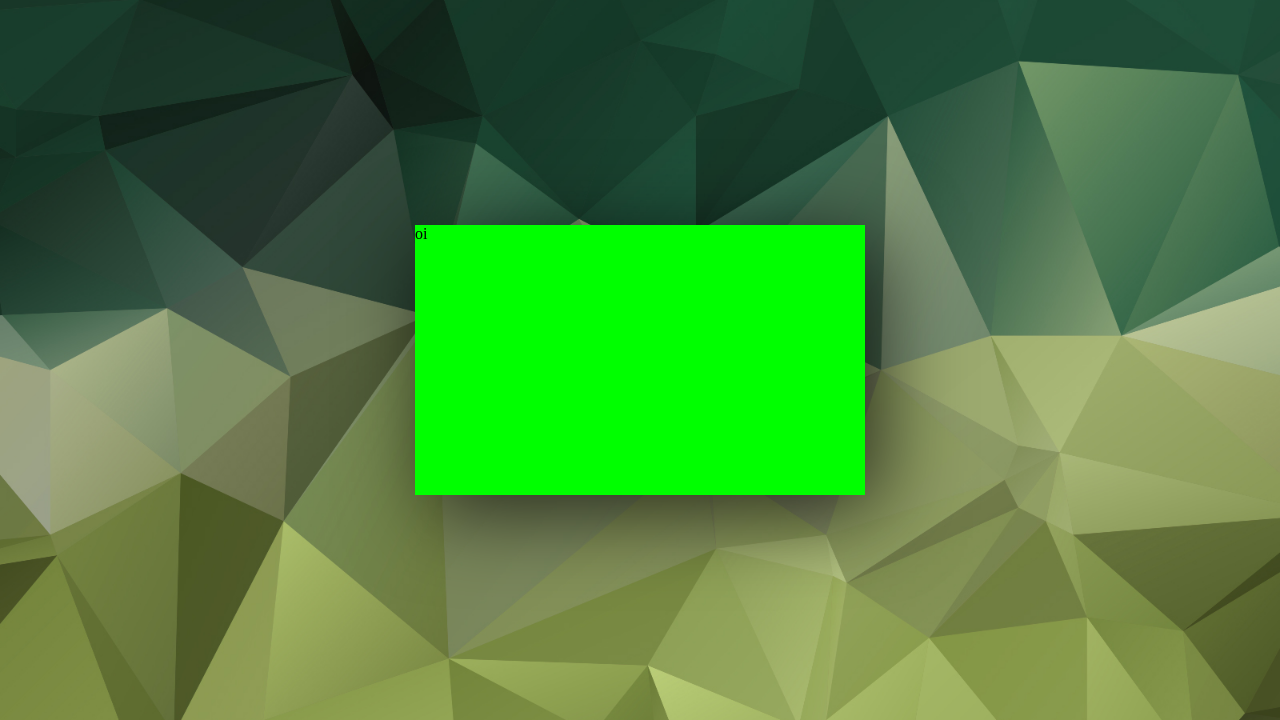
Repository: milena-rosa/web-prescription-notifier
Page: /
These files come from the project's save history. The page is drawn as it stood at one moment and after the next save; the edit follows.
The browser window is 1280 px wide. The pictures show the whole page.
The project was rebuilt for these pictures with package versions that can differ from the ones it lists, and the page was loaded fresh each time. Also part of the build but not shown: src/pages/Home/styles.ts, src/pages/Home/index.tsx.

Above is the page before, as saved 2021-11-06 22:23:50.

### public/index.html
<!DOCTYPE html>
<html lang="en">

<head>
  <meta charset="utf-8" />
  <link rel="preconnect" href="https://fonts.googleapis.com">
  <link rel="preconnect" href="https://fonts.gstatic.com" crossorigin>
  <link href="https://fonts.googleapis.com/css2?family=Roboto:wght@400;700&display=swap" rel="stylesheet">
  <!-- <link rel="icon" href="%PUBLIC_URL%/favicon.ico" /> -->
  <meta name="viewport" content="width=device-width, initial-scale=1" />
  <meta name="theme-color" content="#000000" />
  <title>Cadastro de Notificadores de Receituários</title>
</head>

<body>
  <noscript>You need to enable JavaScript to run this app.</noscript>
  <div id="root"></div>
</body>

</html>

### src/index.tsx
import React from 'react'
import ReactDOM from 'react-dom'

import { App } from './App'

ReactDOM.render(
  <React.StrictMode>
    <App />
  </React.StrictMode>,
  document.getElementById('root')
)

### src/App.tsx
import React from 'react'
import { BrowserRouter as Router } from 'react-router-dom'

import { Routes } from './routes'
export function App() {
  return (
    <Router>
      <Routes />
    </Router>
  )
}

### src/routes/index.tsx
import React from 'react'
import { Switch } from 'react-router-dom'

import { Home } from '../pages/Home'
import { SignIn } from '../pages/SignIn'
import { Route } from './Route'

// import { useAuth } from '../hooks/useAuth'

export function Routes() {
  // const { loading } = useAuth()

  // if (loading) {
  //   return <h1>Abrindo...</h1>
  // }

  return (
    <Switch>
      <Route path="/" exact component={SignIn} />
      <Route path="/home" exact component={Home} isPrivate />
    </Switch>
  )
}

### src/pages/SignIn/index.tsx
import React from 'react'

import { Container } from './styles'

export const SignIn: React.FC = () => {
  return (
    <Container>
      <div>oi</div>
    </Container>
  )
}

### src/routes/Route.tsx
import React, { ComponentType } from 'react'
import { RouteProps as ReactDOMRouteProps, Route as ReactDOMRoute, Redirect } from 'react-router-dom'

interface IRouteProps extends ReactDOMRouteProps {
  isPrivate?: boolean
  component: ComponentType
}

export function Route({ isPrivate = false, component: Component, ...rest }: IRouteProps) {
  const isSigned = false

  return (
    <ReactDOMRoute
      {...rest}
      render={({ location }) =>
        (isPrivate && isSigned) || (!isPrivate && !isSigned) ? (
          <Component />
        ) : (
          <Redirect
            to={{
              pathname: isPrivate ? '/' : '/home',
              state: { from: location }
            }}
          />
        )
      }
    />
  )
}

### src/pages/SignIn/styles.ts
import styled from 'styled-components'
import backgroundImg from '../../assets/background.png'

export const Container = styled.div`
  align-items: center;
  background: url(${backgroundImg}) no-repeat center center fixed;
  background-size: cover;
  bottom: 0;
  display: flex;
  justify-content: center;
  left: 0;
  position: fixed;
  right: 0;
  top: 0;
  z-index: 11;

  > div {
    background: lime;
    filter: drop-shadow(15px 15px 42px rgba(0, 0, 0, 0.7));
    height: 16.875rem;
    width: 28.125rem;
  }
`

After the next save:
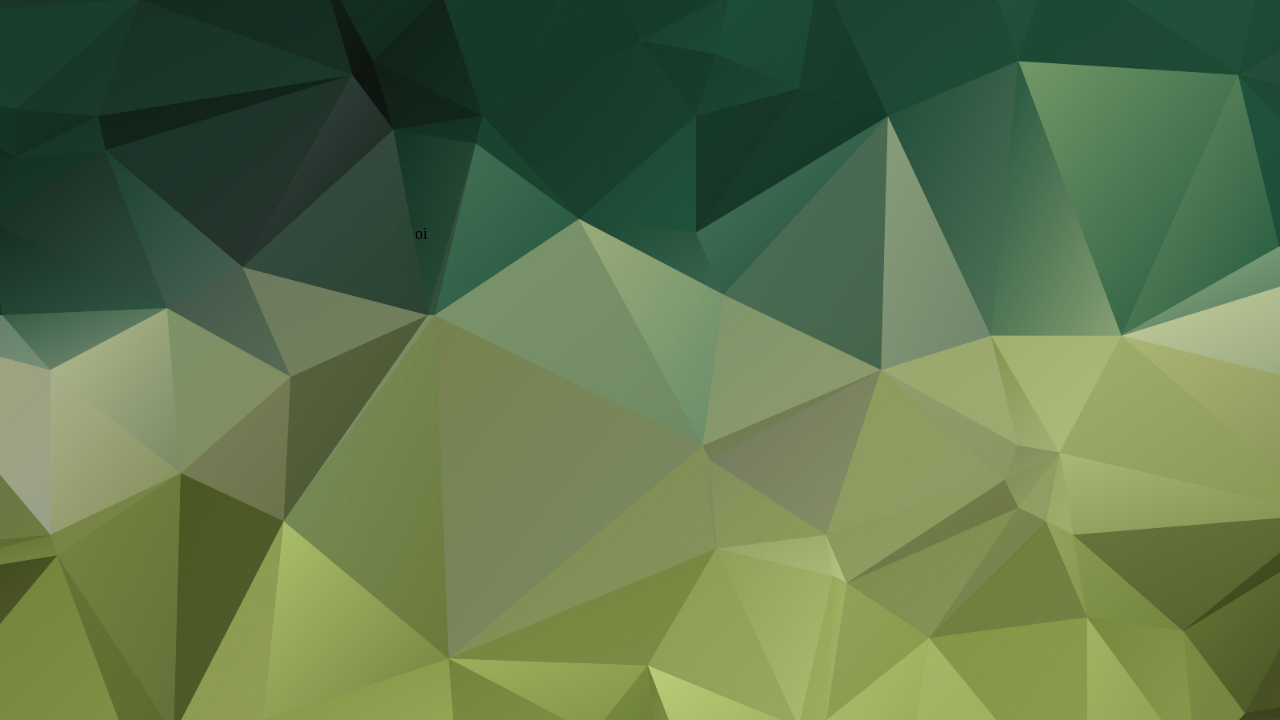
Saved 14 s later.
--- a/src/pages/SignIn/styles.ts
+++ b/src/pages/SignIn/styles.ts
@@ -15,7 +15,7 @@
   z-index: 11;
 
   > div {
-    background: lime;
+    background: var(--white);
     filter: drop-shadow(15px 15px 42px rgba(0, 0, 0, 0.7));
     height: 16.875rem;
     width: 28.125rem;
